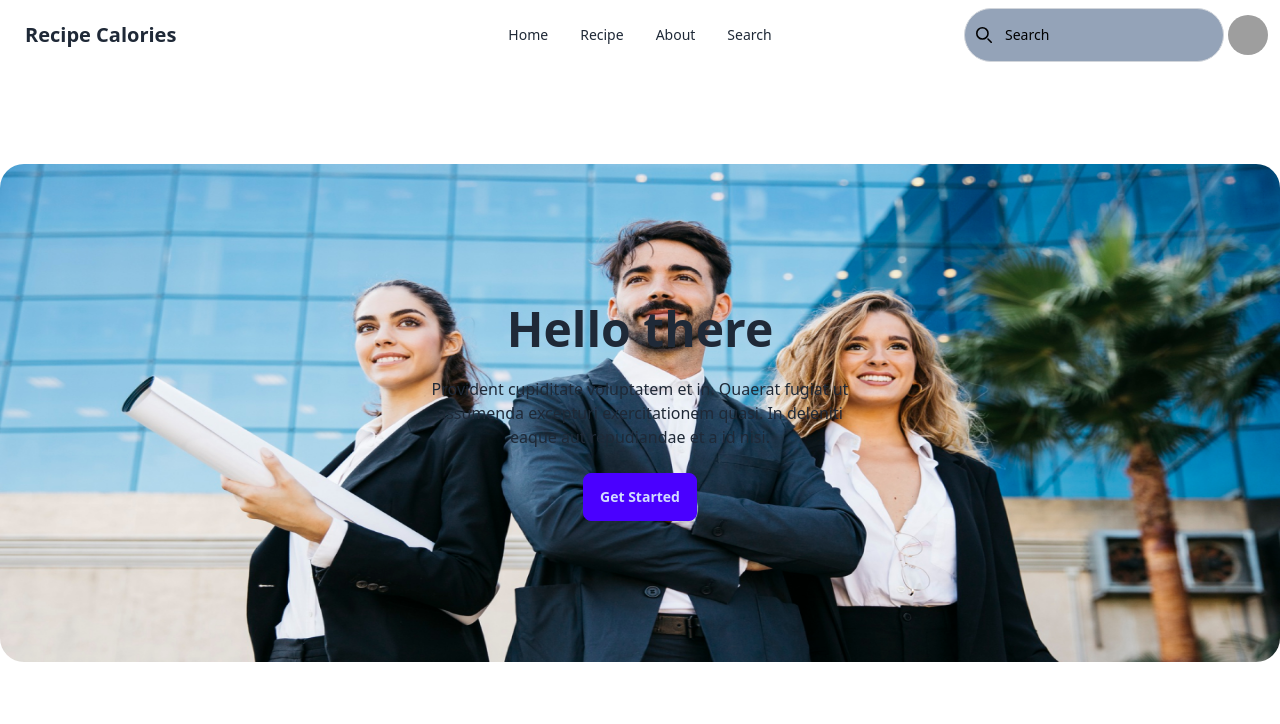
Repository: RudrasahaDibos/Chefs-table
Page: /
These files come from the project's save history. The page is drawn as it stood at one moment and after a run of saves; the edit follows.
The browser window is 1280 px wide. The pictures show the whole page.
Pictures or frames that could not be fetched are drawn as grey boxes. The project was rebuilt for these pictures with package versions that can differ from the ones it lists, and the page was loaded fresh each time. Also part of the build but not shown: vite.config.js, src/App.css.

Above is the page before, as saved 2024-12-19 09:46:46.

### src/App.jsx

import './App.css'
import Banner from './Component/Banner/Banner'
import Header from './Component/Header/Header'
import Recipes from './Component/Recipes/Recipes'

function App() {


  return (
    <div className='container mx-auto'>
        <Header></Header>
        <Banner></Banner>
        <Recipes></Recipes>

    </div>
  )
}

export default App

### src/Component/Banner/Banner.jsx
import img from '../Banner/Image/Rectangle 12.png'

const Banner = () => {
    return (
        <div className='max-w-7xl mx-auto mt-8'>
            <div className="hero ">
     <img src={img} alt="" className='h-4/5 w-full rounded-3xl' />
  <div className="hero-content text-center">
    <div className="max-w-md">
      <h1 className="text-5xl font-bold">Hello there</h1>
      <p className="py-6">
        Provident cupiditate voluptatem et in. Quaerat fugiat ut assumenda excepturi exercitationem
        quasi. In deleniti eaque aut repudiandae et a id nisi.
      </p>
      <button className="btn btn-primary">Get Started</button>
    </div>
  </div>
</div>
        </div>
    );
};

export default Banner;

### src/Component/Header/Header.jsx

const Header = () => {
    return (
        <div className="max-w-7xl mx-auto">
              <div className="navbar bg-base-100">
  <div className="navbar-start">
    <div className="dropdown">
      <div tabIndex="0" role="button" className="btn btn-ghost lg:hidden">
        <svg
          xmlns="http://www.w3.org/2000/svg"
          className="h-5 w-5"
          fill="none"
          viewBox="0 0 24 24"
          stroke="currentColor">
          <path
            strokeLinecap="round"
            strokeLinejoin="round"
            strokeWidth="2"
            d="M4 6h16M4 12h8m-8 6h16" />
        </svg>
      </div>
      <ul
        tabIndex="0"
        className="menu menu-sm dropdown-content bg-base-100 rounded-box z-[1] mt-3 w-52 p-2 shadow">
        <li><a>Home</a></li>
      <li><a>Recipe</a></li>
      <li><a>About</a></li>
      <li><a>Search</a></li>
      </ul>
    </div>
    <a className="btn btn-ghost text-xl font-bold">Recipe Calories</a>
  </div>
  <div className="navbar-center hidden lg:flex">
    <ul className="menu menu-horizontal px-1">
      <li><a>Home</a></li>
      <li><a>Recipe</a></li>
      <li><a>About</a></li>
      <li><a>Search</a></li>
    </ul>
  </div>
  <div className="navbar-end ">
  <div className="form-control ">


<form className="max-w-md mx-auto">
    <div className="relative">
        <div className="absolute inset-y-0 start-0 flex items-center ps-3 pointer-events-none">
            <svg className="w-4 h-4 text-black dark:text-gray-400" aria-hidden="true" xmlns="http://www.w3.org/2000/svg" fill="none" viewBox="0 0 20 20">
                <path stroke="currentColor" strokeLinecap="round" strokeLinejoin="round" strokeWidth="2" d="m19 19-4-4m0-7A7 7 0 1 1 1 8a7 7 0 0 1 14 0Z"/>
            </svg>
        </div>
        <input type="search" id="default-search" className="block w-full p-4 ps-10 text-sm text-black border border-gray-300  bg-slate-400 focus:ring-blue-500 rounded-full focus:border-blue-500 dark:bg-gray-700 dark:border-gray-600 placeholder-black dark:text-white dark:focus:ring-blue-500 dark:focus:border-blue-500" placeholder="Search " required />

    </div>
</form>


    </div>
    <div tabIndex="0" role="button" className="btn btn-ghost btn-circle avatar">
        <div className="w-10 rounded-full">
          <img
            alt="Tailwind CSS Navbar component"
            src="https://img.daisyui.com/images/stock/photo-1534528741775-53994a69daeb.webp" />
        </div>
      </div>
  </div>
</div>
        </div>
    );
};

export default Header;

### src/Component/Recipes/Recipes.jsx
import React from 'react';

const Recipes = () => {
    return (
        <div>

        </div>
    );
};

export default Recipes;

Loaded but not shown: index.html (common file); src/main.jsx (common file); src/index.css (common file); tailwind.config.js (common file)

After the next 2 saves:
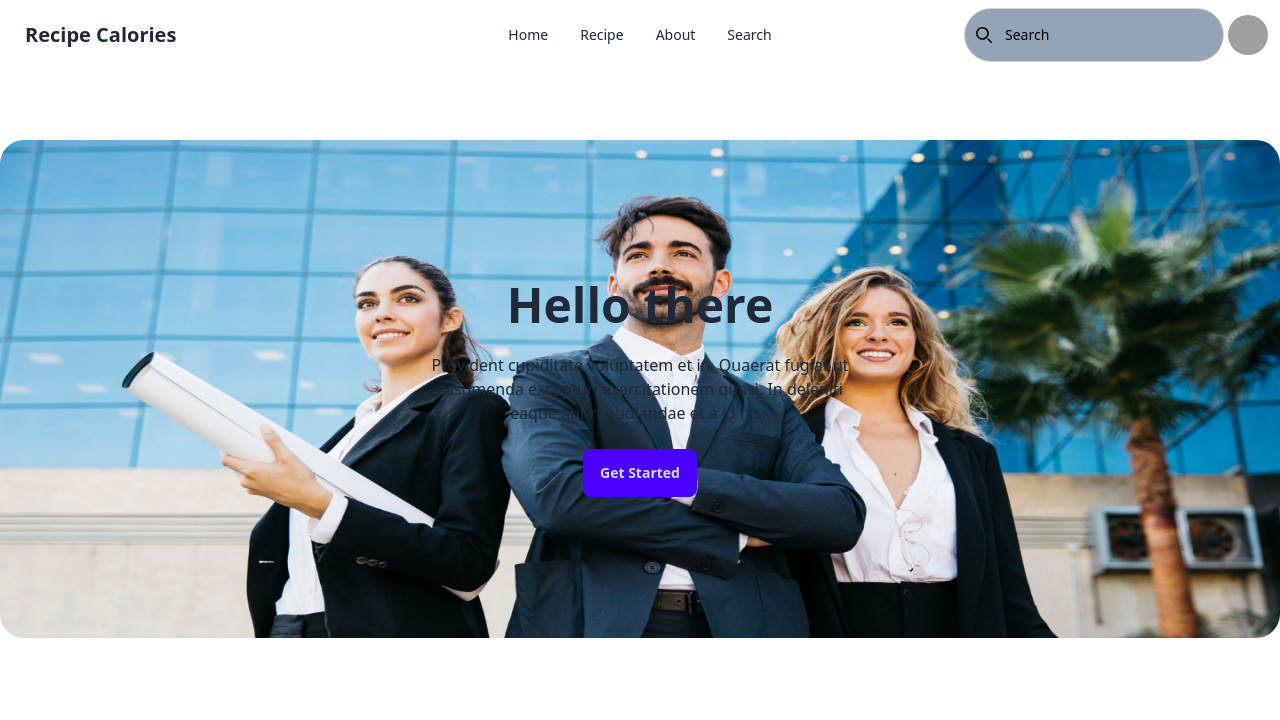
The 2 saves are shown as one change because they came seconds apart.
The last was saved 12 s later.
--- a/src/Component/Banner/Banner.jsx
+++ b/src/Component/Banner/Banner.jsx
@@ -2,7 +2,7 @@ import img from '../Banner/Image/Rectangle 12.png'
 
 const Banner = () => {
     return (
-        <div className='max-w-7xl mx-auto mt-8'>
+        <div className='max-w-7xl mx-auto mt-2'>
             <div className="hero ">
      <img src={img} alt="" className='h-4/5 w-full rounded-3xl' />
   <div className="hero-content text-center">
